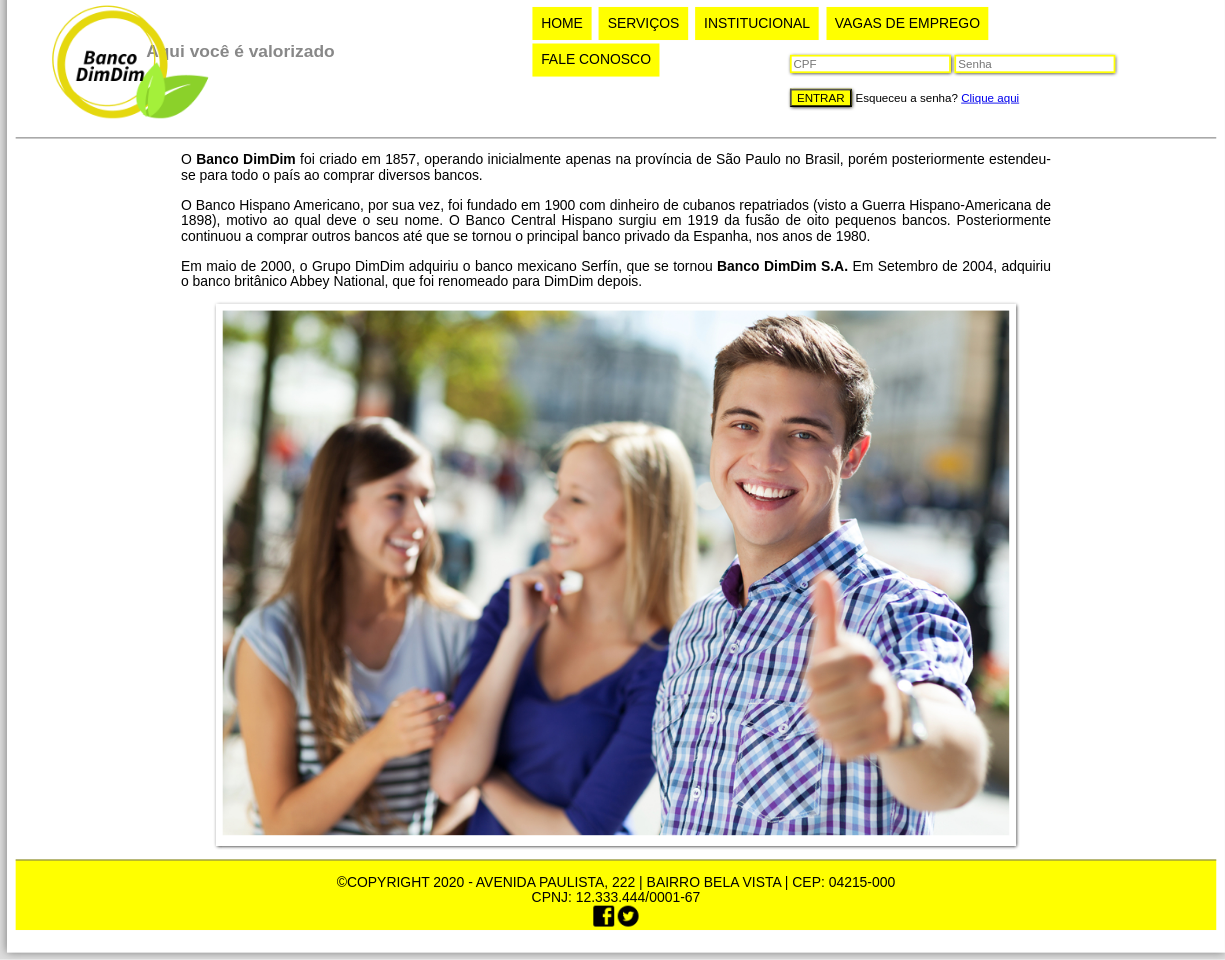
Repository: marceloShibuya/DevOps
Page: http://localhost/Nac_DevOPS/
These files come from the project's save history. The page is drawn as it stood at one moment and after the next save; the edit follows.
The browser window is 1280 px wide. The page is 1408 px wide, so the pictures cover 1408 px, including what lies to the right of the window. The pictures show the whole page, at 87% of full size.
Some web fonts or font styles are not loaded; a fallback is used. The page is served by Tomcat 9.

Above is the page before, as saved 2020-02-24 21:38:07.

After the next save:
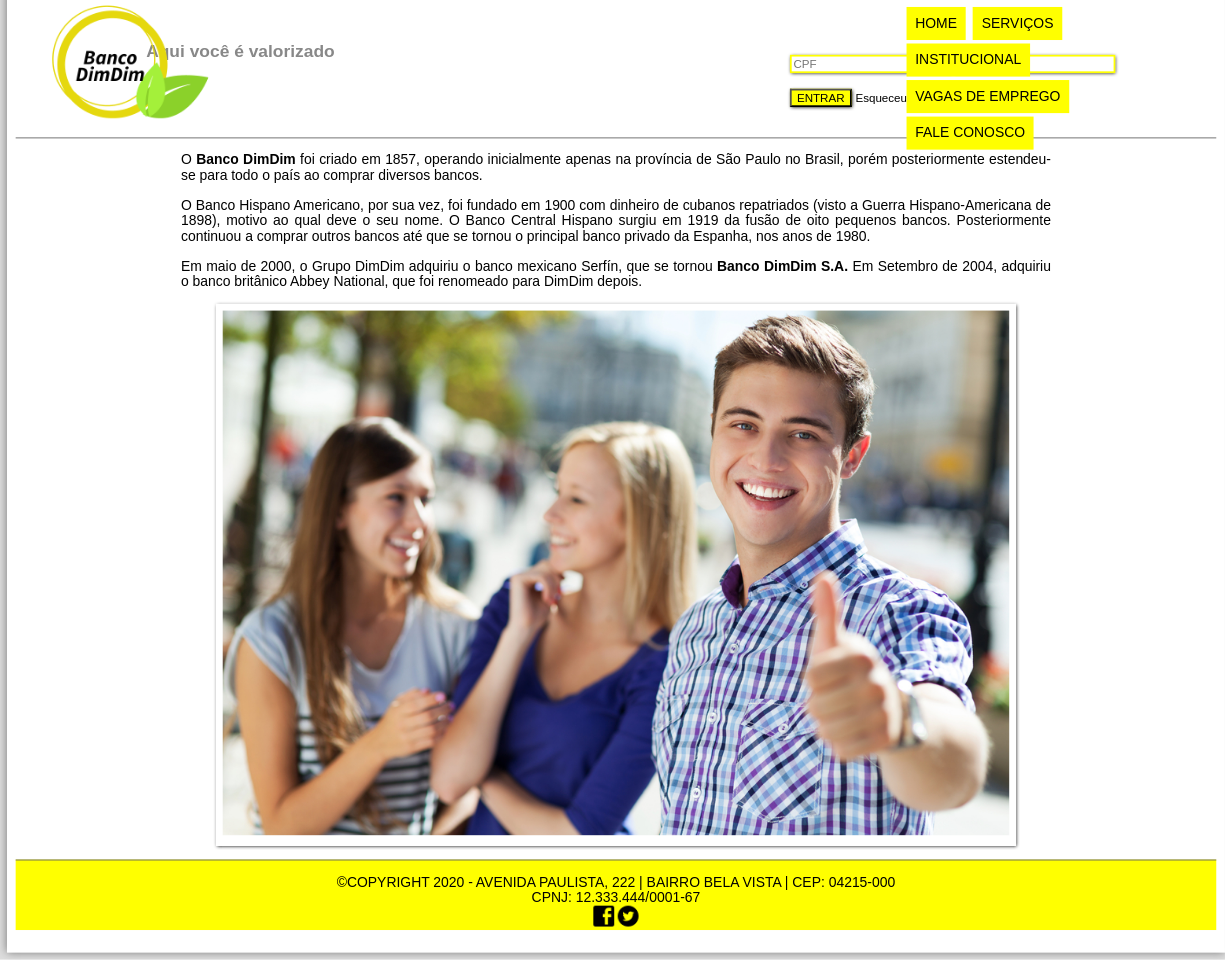
Saved 52 s later.
--- a/Nac_DevOPS/WebContent/_css/estilo.css
+++ b/Nac_DevOPS/WebContent/_css/estilo.css
@@ -92,7 +92,7 @@ nav#menu ul{
 	text-transform: uppercase;
 	position: absolute;
 	top: -10px;
-	left: 570px;
+	left:1000px;
 }
 
 nav#menu li{
